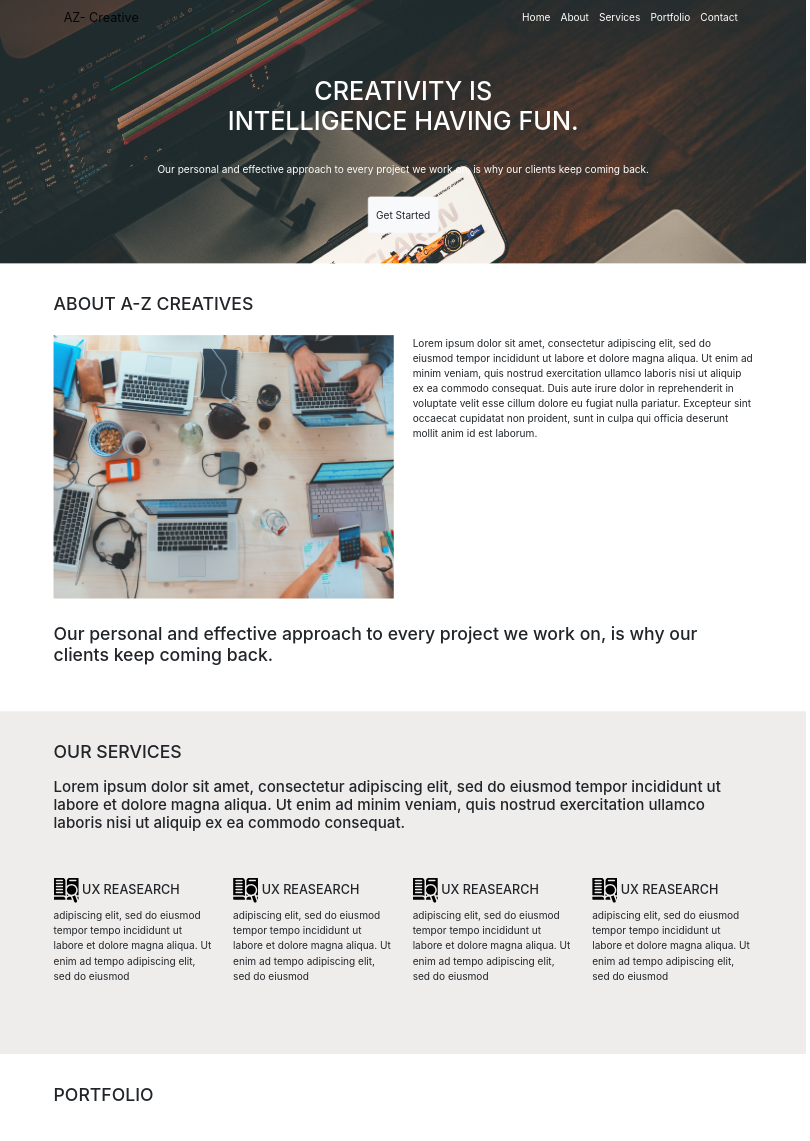
Repository: Syfon01/hng-port
Page: index.html
The author's editor kept a copy of each file at every save. The page is drawn from the files as they stood at one save, then again after a run of saves.
The browser window is 1280 px wide. The page is 1280 px wide, then 1285 px, so the pictures cover 1285 px, including what lies to the right of the window. The pictures show the whole page, at 63% of full size.

Above is the page before, as saved 2020-06-27 20:57:07.

After the next 4 saves:
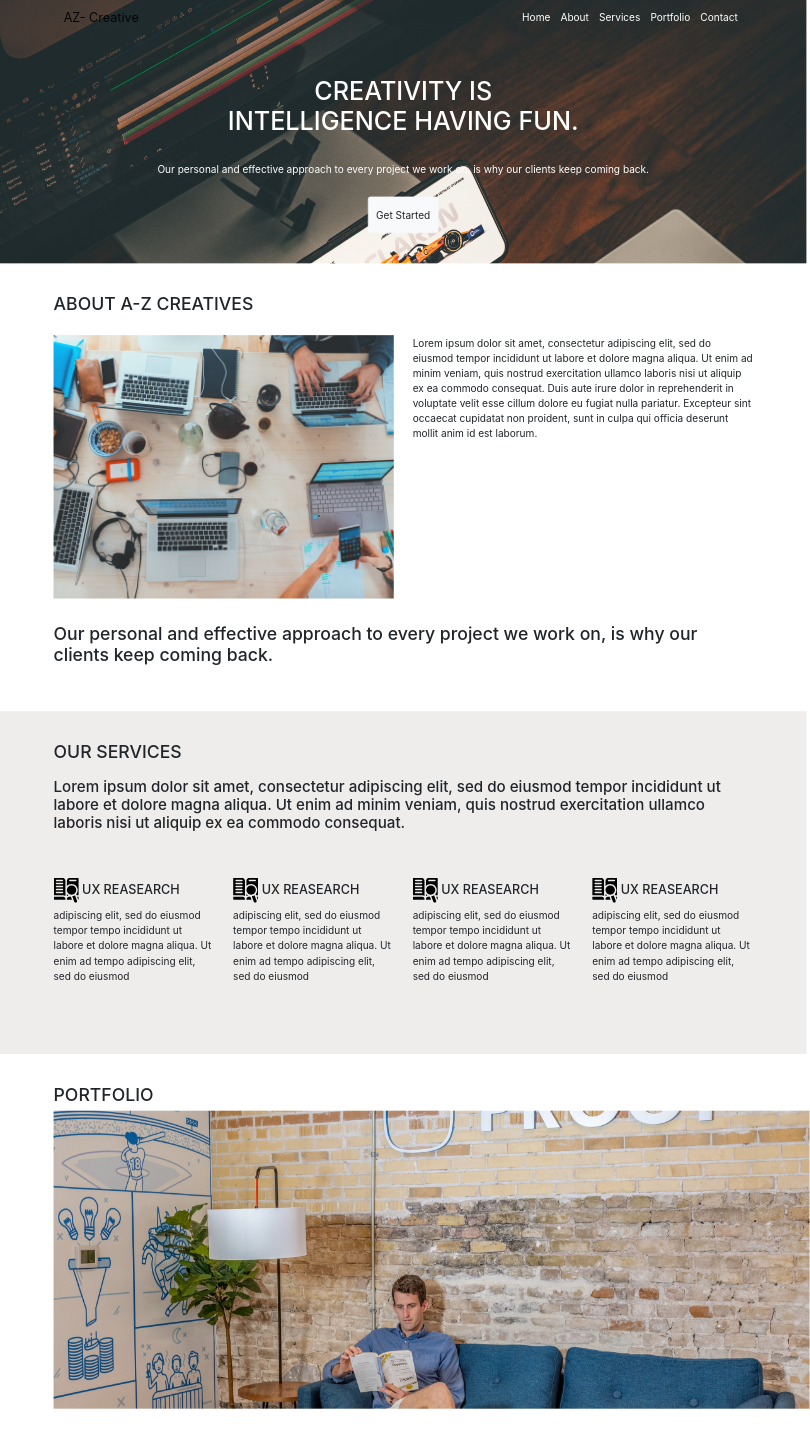
The 4 saves are shown as one change because they came seconds apart.
The last was saved 15 s later.
--- a/index.html
+++ b/index.html
@@ -125,7 +125,9 @@
     <section id="portfolio">
         <div class="container py-5">
           <h3>PORTFOLIO</h3>
-
+          <div class="img">
+            <img src="./img/portfolio.png" alt="">
+          </div>
         </div>
     </section>
 
